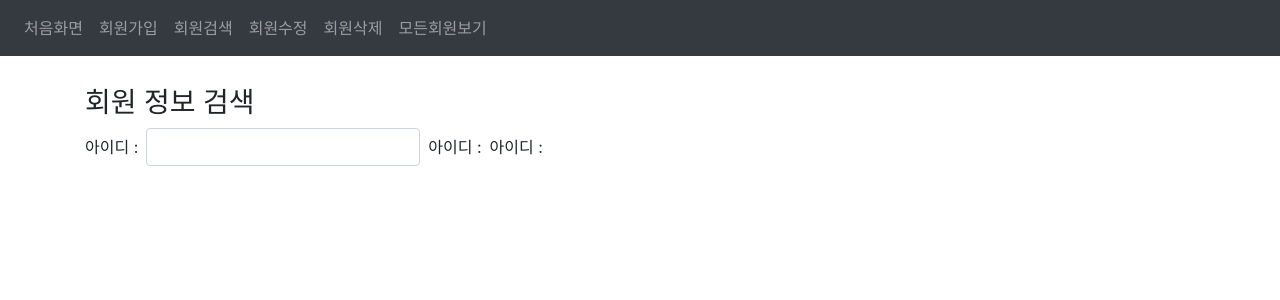
Repository: simjiho/second-crud-project
Page: http://localhost/test/view/memberSearch.jsp
An editor plug-in stored every save of this project. The page is shown before and after the next save, followed by the edit.
The browser window is 1280 px wide. The pictures show the whole page.
Some web libraries are served in a nearby version. The page is served by Tomcat 9. Other server files are loaded and not shown.

Above is the page before, as saved 2024-03-24 05:43:36.

### test/src/main/webapp/view/memberSearch.jsp
<%@ page language="java" contentType="text/html; charset=UTF-8"
    pageEncoding="UTF-8"%>
<%@ taglib prefix="c" uri="http://java.sun.com/jsp/jstl/core" %>

<jsp:include page="../menu.jsp"/>

<c:if test="${!empty error}">
<div class="alert alert-warning alert-dismissible">
	<button type="button" class="close" data-dismiss="alert">&times;</button>
	<Strong>Warning!</Strong>${error}
</div>
</c:if>
<div class="container">
<h3>회원 정보 검색</h3>

<form class="form-inline" action="/memberSearch.do" method="post">
	<label for="id" class="mb-2 mr-sm-2">아이디 : </label>
	<input type="text" name="id" class="form-control mb-2 mr-sm-2" id = "id"></label>
	<label for="id" class="mb-2 mr-sm-2">아이디 : </label>
	<label for="id" class="mb-2 mr-sm-2">아이디 : </label>
</form>
</div>
</body>
</html>

### test/src/main/webapp/menu.jsp
<%@ page language="java" contentType="text/html; charset=UTF-8"
    pageEncoding="UTF-8"%>
<!DOCTYPE html>
<link rel="stylesheet"
href="https://maxcdn.bootstrapcdn.com/bootstrap/4.2.1/css/bootstrap.min.css">
<script src="https://ajax.googleapis.com/ajax/libs/jquery/3.3.1/jquery.min.js"></script>
<script
src="https://maxcdn.bootstrapcdn.com/bootstrap/4.2.1/js/bootstrap.min.js"></script>
</head>
<body>
	<nav class="navbar navbar-expand-sm bg-dark navbar-dark"
style="margin-bottom:30px">
		<ul class="navbar-nav">
			<li class="nav-item"><a class="nav-link"
				href="/index.jsp">처음화면</a></li>
			<li class="nav-item"><a class="nav-link"
				href="/view/memberInsert.jsp">회원가입</a></li>
			<li class="nav-item"><a class="nav-link"
				href="/view/memberSearch.jsp">회원검색</a></li>
			<li class="nav-item"><a class="nav-link"
				href="/view/memberUpdate.jsp">회원수정</a></li>
			<li class="nav-item"><a class="nav-link"
				href="/view/memberDelete.jsp">회원삭제</a></li>
			<li class="nav-item"><a class="nav-link"
		href="/memberList.do">모든회원보기</a></li>
		</ul>
	</nav>
</body>
</html>

After the next save:
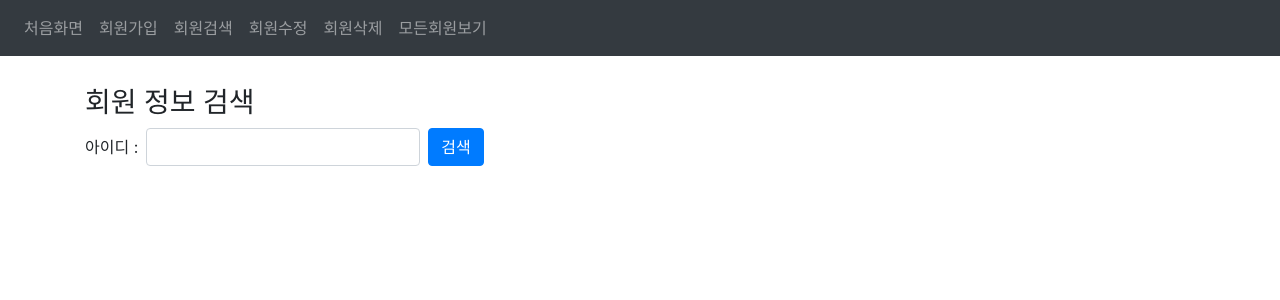
Saved 51 s later.
--- a/test/src/main/webapp/view/memberSearch.jsp
+++ b/test/src/main/webapp/view/memberSearch.jsp
@@ -15,9 +15,8 @@
 
 <form class="form-inline" action="/memberSearch.do" method="post">
 	<label for="id" class="mb-2 mr-sm-2">아이디 : </label>
-	<input type="text" name="id" class="form-control mb-2 mr-sm-2" id = "id"></label>
-	<label for="id" class="mb-2 mr-sm-2">아이디 : </label>
-	<label for="id" class="mb-2 mr-sm-2">아이디 : </label>
+	<input type="text" name="id" class="form-control mb-2 mr-sm-2" id = "id">
+	<button type="submit" class="btn btn-primary mb-2">검색</button>
 </form>
 </div>
 </body>
